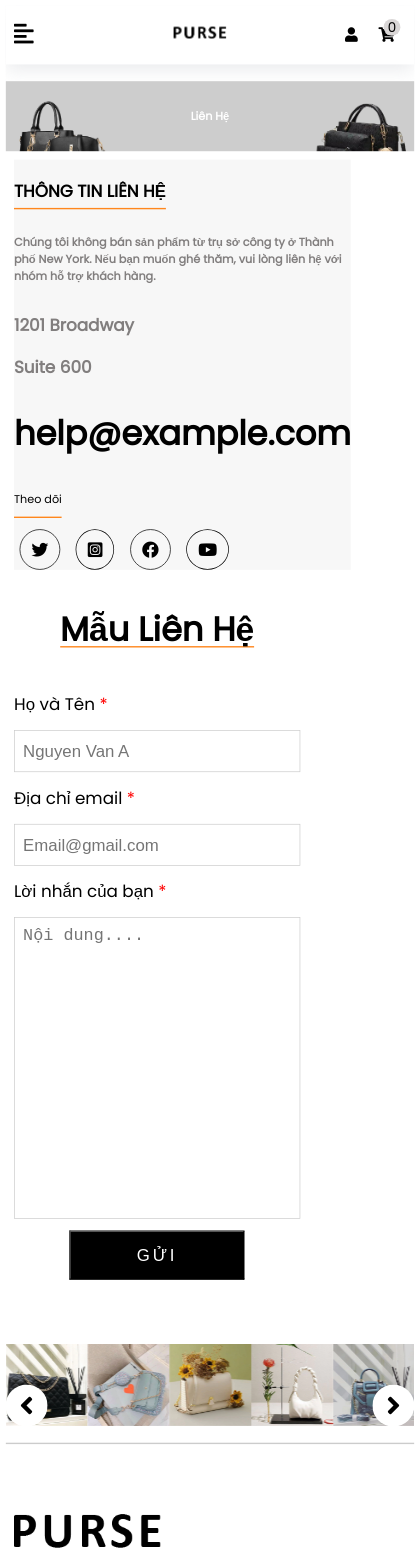
Repository: minh352623/project_firebase
Page: contact.html
The author's editor kept a copy of each file at every save. The page is drawn from the files as they stood at one save, then again after the next save.
The browser window is 600 px wide. The pictures show the part of the page from y = 0 to 2240 px (the page is 3188 px tall), at 70% of full size.
Some web libraries are served in a nearby version.

Above is the page before, as saved 2022-05-12 20:17:53.

### contact.html
<!DOCTYPE html>
<html lang="en">

<head>
  <meta charset="UTF-8" />
  <meta http-equiv="X-UA-Compatible" content="IE=edge" />
  <meta name="viewport" content="width=device-width, initial-scale=1.0" />
  <link rel="icon" href="./assets/img/logo.webp">

  <link rel="stylesheet" href="https://cdnjs.cloudflare.com/ajax/libs/font-awesome/5.15.4/css/all.min.css"
    integrity="sha512-1ycn6IcaQQ40/MKBW2W4Rhis/DbILU74C1vSrLJxCq57o941Ym01SwNsOMqvEBFlcgUa6xLiPY/NS5R+E6ztJQ=="
    crossorigin="anonymous" referrerpolicy="no-referrer" />
  <link rel="preconnect" href="https://fonts.googleapis.com" />
  <link rel="preconnect" href="https://fonts.gstatic.com" crossorigin />
  <link href="https://fonts.googleapis.com/css2?family=Poppins&display=swap" rel="stylesheet" />
  <link rel="stylesheet" href="./assets/css/base.css" />
  <link rel="stylesheet" type="text/css" href="https://cdn.jsdelivr.net/npm/slick-carousel@1.8.1/slick/slick.css" />
  <link rel="stylesheet" href="./assets/css/main.css" />
  <link rel="stylesheet" href="./assets/css/contact.css">
  <link rel="stylesheet" href="./assets/css/reponsive.css">

  <title>Liên Hệ</title>
</head>

<body>
  <div class="app">
    <div class="header">
      <div class="navbar">
        <div class="icon-mobile-menu">
          <i class="fas fa-align-left"></i>
        </div>
        <div class="navbar-logo">
          <a href="#">
            <img src="./assets/img/logo.webp" alt="" />
          </a>
        </div>
        <div class="navbar-link ">
          <ul class="navbar-link-list">
            <li class="navbar-link-item mobile-hello"></li>

            <li><a href="trangchu.html" class="navbar-link-item">Trang Chủ</a></li>
            <li><a href="introduce.html" class="navbar-link-item">Giới Thiệu</a></li>
            <li class="link-hover">
              <a href="./product.html" class="navbar-link-item">Sản Phẩm<i class="fas fa-angle-down"></i></a>
              <ul class="product-selsect">
                <li><a href="">Yêu Thích</a></li>
                <li><a href="">Giảm Giá</a></li>
              </ul>
            </li>
            <li><a href="contact.html" class="navbar-link-item">Liên Hệ</a></li>
            <li><a href="" class="navbar-link-item">Thanh Toán</a></li>
            <li><a href="./register.html" class="navbar-link-item delete-log mobile-register">Đăng ký</a></li>
            <li><a href="./index.html" class="navbar-link-item delete-log mobile-login">Đăng nhập</a></li>
            <li><a href="./index.html" class="navbar-link-item mobile-exit">Thoát</a></li>
          </ul>
        </div>

        <div class="navbar-icon">
          <div class="navbar-log">
            <div class="log-in">
              <span>
                <a class="log-in-icon" href="./index.html">
                  Đăng nhập
                </a>
              </span>
            </div>
            <div class="register">
              <span class="register-char">/</span>
              <span><a class="register-icon" href="./register.html">Đăng ký</a></span>
            </div>
          </div>
          <div class="hello ">
            <span>Chào!</span>
            <span class="name-user "></span>
            <span >|</span>
            <a href="./index.html" class="exit">Thoát</a>
          </div>
          <div class="navbar-icon-list">
            <a href="./user.html " class="navbar-icon-item user-icon">
              <i class="fas fa-user"></i>
            </a>
            <span class="navbar-icon-item cart">
              <i class="fas fa-cart-plus"></i>
              <span class="quantity-item">0</span>

            </span>
            <span class="navbar-icon-item search">
              <i class="fas fa-search"></i>
            </span>
          </div>
        </div>
      </div>
    </div>

    <div class="main">
      <div class="contact-banner">
        <h2 class="contact-title">
          Liên Hệ
        </h2>
        <div class="contact-link none">
          <span>Trang chủ</span>
          <span>></span>
          <span>Liên hệ</span>

        </div>
      </div>
      <div class="contact-container">
        <div class="contact-top">
          <div class="contact-top__layout">
            <div class="contact-info">
              <h2 class="contact-info-border">THÔNG TIN LIÊN HỆ</h2>
              <p class="contact-content">Chúng tôi không bán sản phẩm từ trụ sở công ty
                ở Thành phố New York. Nếu bạn muốn ghé thăm, vui lòng liên hệ với nhóm hỗ trợ khách hàng.</p>
              <div>

                <p>1201 Broadway</p>
                <p> Suite 600</p>
              </div>
              <h2 class="contact-email">help@example.com</h2>
              <p class="contact-info-border">Theo dõi</p>

              <div class="contact-info__icon">
                <span class="contact-info__icon-tw">
                  <i class="fab fa-twitter"></i>
                </span>
                <span class="contact-info__icon-insta">
                  <i class="fab fa-instagram-square"></i>
                </span>
                <span class="contact-info__icon-face">
                  <i class="fab fa-facebook"></i>
                </span>
                <span class="contact-info__icon-youtube">
                  <i class="fab fa-youtube"></i>
                </span>
              </div>


            </div>
            <div class="contact-images ">
              <img src="./assets/img/contact/contact-bn2.png" alt="">
            </div>
          </div>

        </div>
        <div class="contact-form">
          <h1>Mẫu Liên Hệ</h1>
          <form class="contact-form-content">
            <div class="contact-form-content-top">
              <div class="contact-form-content-left">
                <div class="contact-form-content-item">
                  <p>Họ và Tên</p>
                  <span>*</span>
                </div>
                <input required type="text" placeholder="Nguyen Van A">
              </div>
              <div class="contact-form-content-right">
                <div class="contact-form-content-item">
                  <p>Địa chỉ email</p>
                  <span>*</span>
                </div>
                <input required type="email" placeholder="Email@gmail.com">
              </div>
            </div>
            <div class="contact-form-content-bot">
              <div class="contact-form-content-item">
                <p>Lời nhắn của bạn</p>
                <span>*</span>
              </div>
              <textarea required name="" id="" cols="50" rows="15" placeholder="Nội dung...."></textarea>
            </div>
            <div class="contact-form-content-btn">
              <button type="submit">GỬI</button>
            </div>

          </form>
        </div>

      </div>
      <div class="contact-instagram">
        <div class="contact-instagram-list">
          <div class="contact-instagram-list-item">
            <img src="./assets/img/contact/instagram1.webp" alt="">
            <div class="contact-instagram-list-item-hover">
              <i class="fab fa-instagram"></i>
            </div>
          </div>
          <div class="contact-instagram-list-item">
            <img src="./assets/img/contact/instagram2.webp" alt="">
            <div class="contact-instagram-list-item-hover">
              <i class="fab fa-instagram"></i>
            </div>
          </div>
          <div class="contact-instagram-list-item">
            <img src="./assets/img/contact/instagram3.webp" alt="">
            <div class="contact-instagram-list-item-hover">
              <i class="fab fa-instagram"></i>
            </div>
          </div>
          <div class="contact-instagram-list-item">
            <img src="./assets/img/contact/instagram4.webp" alt="">
            <div class="contact-instagram-list-item-hover">
              <i class="fab fa-instagram"></i>
            </div>
          </div>
          <div class="contact-instagram-list-item">
            <img src="./assets/img/contact/instagram5.webp" alt="">
            <div class="contact-instagram-list-item-hover">
              <i class="fab fa-instagram"></i>
            </div>
          </div>
          <div class="contact-instagram-list-item">
            <img src="./assets/img/contact/instagram6.webp" alt="">
            <div class="contact-instagram-list-item-hover">
              <i class="fab fa-instagram"></i>
            </div>
          </div>
          <div class="contact-instagram-list-item">
            <img src="./assets/img/contact/instagram7.webp" alt="">
            <div class="contact-instagram-list-item-hover">
              <i class="fab fa-instagram"></i>
            </div>
          </div>



        </div>


      </div>

    </div>

    <div class="footer">
      <div class="footer-content">
        <div class="footer-content-item">
          <div class="footer-content-img">
            <img src="./assets/img/logo.webp" alt="">
          </div>
          <p>Đơn giản tinh tế cho tâm trí độc lập</p>
          <div class="footer-content-icon">
            <a href="#"><i class="fab fa-twitter"></i></a>
            <a href="#"><i class="fab fa-facebook"></i></a>

            <a href="#"><i class="fab fa-instagram-square"></i></a>

          </div>
        </div>
        <div class="footer-content-item">
          <div class="footer-content-item-title">
            <span>Trợ Giúp & Thông Tin</span>
            <ul class="footer-content-item-list">
              <li>Hướng dẫn mua hàng</li>
              <li>Hướng dẫn thanh toán</li>
              <li>Chính sách bảo hành</li>
              <li>Chính sách đổi trả</li>
              <li>Tư vấn khách hàng</li>
            </ul>
          </div>
        </div>
        <div class="footer-content-item">
          <div class="footer-content-item-title">
            <span>Về Chúng Tôi</span>
            <ul class="footer-content-item-list">
              <li>Giới thiệu</li>
              <li>Tin khuyến mãi</li>
              <li>Liên hệ</li>
              <li>Địa chỉ cửa hàng</li>
              <li>Chính sách bảo mật </li>
            </ul>
          </div>
        </div>
        <div class="footer-content-item">
          <div class="footer-content-item-title">
            <span>Hỗ trợ khách hàng</span>
            <ul class="footer-content-item-list">
              <li>Tài khoản</li>
              <li>Giỏ hàng</li>
              <li>Thanh toán</li>
              <li>Kiểm tra đơn hàng</li>
              <li>Cảm nhận khách hàng</li>
            </ul>
          </div>
        </div>

      </div>



    </div>
  </div>
  <div class="model-cart ">
    <div class="cart-container">
      <div class="cart-top">
        <div class="clear cart-top-close">
          <i class="fas fa-times"></i>
        </div>
        <div class="cart-top-title">
          <span>Giỏ Hàng</span>
        </div>
        <div class="cart-top-quantity">
          <span>1</span>
        </div>

      </div>

      <div class="array-empty"></div>
      <div class="cart-center">
      </div>

      <div class="cart-bottom">
        <div class="cart-bottom-price">
          <span>Tổng tiền:</span>
          <span class="total-price">0</span>
        </div>

        <div class="cart-bottom-btn">
          <a href="#"> <button>Xem giỏ hàng</button></a>
          <a href="#"> <button>Thanh toán</button></a>

        </div>
      </div>
    </div>

  </div>

  <script type="text/javascript" src="https://code.jquery.com/jquery-1.11.0.min.js"></script>
  <script type="text/javascript" src="https://code.jquery.com/jquery-migrate-1.2.1.min.js"></script>
  <script type="text/javascript" src="https://cdn.jsdelivr.net/npm/slick-carousel@1.8.1/slick/slick.min.js"></script>
  <script src="./js/slick.js"></script>
  <script src="./js/main.js" type="module"></script>
  <script src="./js/user.js"></script>

</body>

</html>

### assets/css/base.css
:root{
    --background-main:#e4e4e4;
    --hover-color:#ff871d ;
    --white-color:#fff;
    --text-color: #000;

}

*{
    box-sizing:  border-box;
}

html{
    /* 16px */
    font-size: 100%;
    line-height: 1.6rem;
    font-family: 'Poppins', sans-serif;
    scroll-behavior: smooth;
}

### assets/css/contact.css
.contact-banner{
    background-image: url('../img/contact/contact-bn1.png');
    background-size: contain;
    height: 60vh;
    display: flex;
    flex-direction: column;
    justify-content: center;
    align-items: center;
}

.contact-title {
    color: #fff;
    font-size: 3rem;
}
.contact-link {
    font-size: 1.5rem;
    color: #fff;


}
.contact-container{

    width: 80%;
    margin: 24px auto;
}
.contact-top{
    display: flex;
    justify-content: center;
}
.contact-top__layout{
    display: grid;
    grid-template-columns: 1fr 1fr;
    background-color: #f7f7f7;
    padding: 8px;
}
.contact-info{
    padding: 0 30px;
    display: flex;
    flex-direction: column;
    justify-content: space-between;

}

.contact-images img{
    width: 100%;
    height: 100%;
    object-fit: cover;
}
.contact-info >div,
.contact-content{
    font-weight: 600;
    color: rgb(129, 126, 126);
    font-size: 1.5rem;
    line-height: 1.5;

}
.contact-email{
    font-size: 3rem;
}
.contact-info > p:nth-child(2){
    font-size: 1.4rem;
}


.contact-info__icon i{
    margin: 0 8px;
    padding: 16px;
    border: 1px solid #000;
    border-radius:50%;
    color: #000;
    cursor: pointer;

}
.contact-info__icon i:hover{
    background-color: var(--hover-color);
    color: var(--white-color)
}
.contact-form h1,
.contact-info-border{
    border-bottom: 2px solid #ff871d;
    display: inline;
    width: fit-content;
    padding: 12px 0;
}

.contact-form{
    display: flex;
    flex-direction: column;
    margin: 48px 0;
}
.contact-form h1{
    text-align: center;
    margin: 12px auto;
    font-size:3rem;
}
.contact-form-content{
    margin: 32px 0;
    font-size: 1.5rem;
}
.contact-form-content-top{
    display: grid;
    grid-template-columns: 1fr 1fr;
    grid-gap: 0 24px;
}

.contact-form-content-right input,
.contact-form-content-left input{
    width: 100%;
    height: 60px;
    font-size: 1.5rem;
    padding: 12px;
    border:1px solid #ccc;
}

.contact-form-content-bot textarea{
    width: 100%;
    resize: none;
    font-size: 1.5rem;
    padding: 12px;
    border-color: #ccc;

}
.contact-form-content-item p{
  display: inline-block;
}
.contact-form-content-item span{
    color: red;
    font-size: 1.5rem;
}

.contact-form-content-btn{
    text-align: center;
    padding: 12px;

}
.contact-form-content-btn button{
    width: 250px;
    height: 70px;
    font-size: 1.5rem;
    color: var(--white-color);
    background-color: var(--text-color);
    letter-spacing: 4px;
    cursor: pointer;
}
.contact-form-content-btn button:hover{
    background-color: var(--hover-color);
    border: 0;
}


.contact-instagram-list-item{
    position: relative;
    display: grid;
    grid-template-columns: repeat(4, 1fr);
    overflow: hidden;
}
.contact-instagram-list-item img{
    width: 100%;
    transition: all 0.6s ease;
    object-fit: cover;
}
.contact-instagram-list-item-hover{
    position: absolute;
    top: 0;
    left: 0;
    bottom: 0;
    right: 0;
    display: flex;
    justify-content: center;
    align-items: center;
    color: var(--white-color);
    font-size: 3rem;
    background-color: rgba(0, 0, 0, 0.6);
    visibility: hidden;
    opacity: 0;
    transition: all 1s ease;

}
.contact-instagram-list-item:hover img {
    transform: scale(1.2);
}

.contact-instagram-list-item:hover .contact-instagram-list-item-hover{
 visibility: visible;
 opacity: 1;

}
.user-icon{
    text-decoration: none;
    color: #000;
}

### assets/css/reponsive.css

@media (min-width: 740px) and (max-width: 1023px){

}
/* mobile */
@media  (max-width: 739px){
    .navbar-logo img {
        width: 75px;
    }
    .search {
        display: none;
    }
    .navbar-link {
        position: fixed;
        background-color: rgba(0, 0, 0, 0.4);
        z-index: 999;
        top: 0;
        bottom: 0;
        right: 0;
        left: 0;
        visibility: hidden;


    }
    .navbar-link.active{
        visibility: visible;
    }
    .navbar-link.active .navbar-link-list{
        transform: translateX(0);
        opacity: 1;
    }
    .navbar-link-list{
        position: absolute;
        background-color: #fff;
        top: 0;
        left: 0;
        bottom: 0;
        flex-direction: column;
        margin-top: 0;
        box-shadow: rgba(149, 157, 165, 0.2) 0px 8px 24px;
        width: 300px;
        transform: translateX(-100%);
        opacity: 0;
        transition: all 0.5s ease;
    }
    .navbar-link-list li{


        border-bottom: 0.5px solid #999;
    }

    .navbar-link-list li a{
        text-align: left;

        padding: 8px;
        margin: 20px 0;
        display: flex;
        font-size: 1.2rem;
        text-transform: uppercase;
    }
    .navbar-log{
        display: none;
    }
    .icon-mobile-menu {
        display: block;
        margin-right: 50px;
    }
    .main-banner{
        grid-template-columns: repeat(1,1fr);
        grid-gap:12px 0
    }
    .main-conent{
        display: none;
    }
    .main-product {
        grid-template-columns: repeat(1,1fr);
        overflow-y: auto;
    }
    .main-time{
        display: none;
    }
    .none{
        display: none;
    }
    .main-blog-list{
        grid-template-columns: 1fr;
    }
    .footer-content{
        grid-template-columns: repeat(1,1fr);
    }


    /* Introduce */
    .contact-banner{
        background-repeat: no-repeat;
        height: 100px;
        width: 100%;
        background-size: cover;
    }
    .contact-title{
        font-size: 1rem;


    }
    .main-content{
        width: 100%;
    }
    .main-content-text{
        padding: 0;
    }
    .main-content-item{
        grid-template-columns: repeat(1,1fr);
    }
    .main-content .main-content-item:nth-child(2){
        display: flex;
        flex-direction: column-reverse;
    }

    .page-product{
        grid-template-columns: repeat(2 ,1fr);
    }
    .contact-top__layout{
    display: grid;
    grid-template-columns: repeat(1,1fr);
    grid-gap:12px 0

    }
    .contact-container{
        width: 70%;
        margin: 12px;
    }
    .contact-top{
        margin-top: 12px;
        width: fit-content;
    }
    .contact-top__layout,
    .contact-info{
        padding: 0;
    }
    .contact-form-content{
        display: grid;
        grid-template-columns: repeat(1,1fr);
    }
    .contact-form-content-top{
        grid-template-columns: repeat(1,1fr);
    }
    .cart-container{
        width: 80%;
    }
    .contact-images {
        display: none;
    }

    /* login */
    .main{
        width: 100%;
    }
    .main-login form{
        grid-template-columns: repeat(1, 1fr);
    }
    .main-login{
        width: 100%;
        margin: 0;
    }

    .main-login-item input{
        width: 100%;
    }
    .main-register,
    .mess{
        width: 100%;
    }
    .main-register form{
        grid-template-columns: repeat(1,1fr);
    }
    .main-register-item input{
        width: 100%;
    }
    .hello{
        display: none;
    }
    .mobile-heollo,
    .delete-log,
    .mobile-exit{
        display: block;
    }

    /* contact */
    .contact-info > p:nth-child(2){
        font-size: 1rem;
    }
    .contact-top__layout, .contact-info{
        width: 100%;
    }
}

Loaded but not shown: js/main.js (210 lines, source omitted); js/data.js (167 lines, source omitted); js/user.js (50 lines, source omitted); js/slick.js (33 lines, source omitted); assets/css/main.css (640 lines, source omitted)

After the next save:
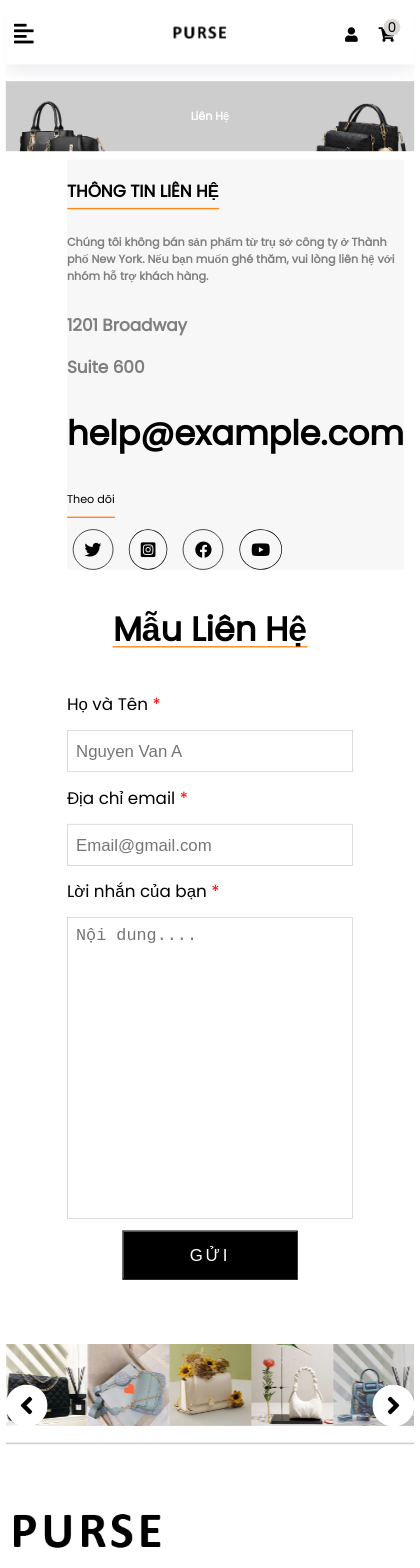
Saved 20 s later.
--- a/assets/css/reponsive.css
+++ b/assets/css/reponsive.css
@@ -127,7 +127,7 @@
     }
     .contact-container{
         width: 70%;
-        margin: 12px;
+        margin: auto;
     }
     .contact-top{
         margin-top: 12px;
